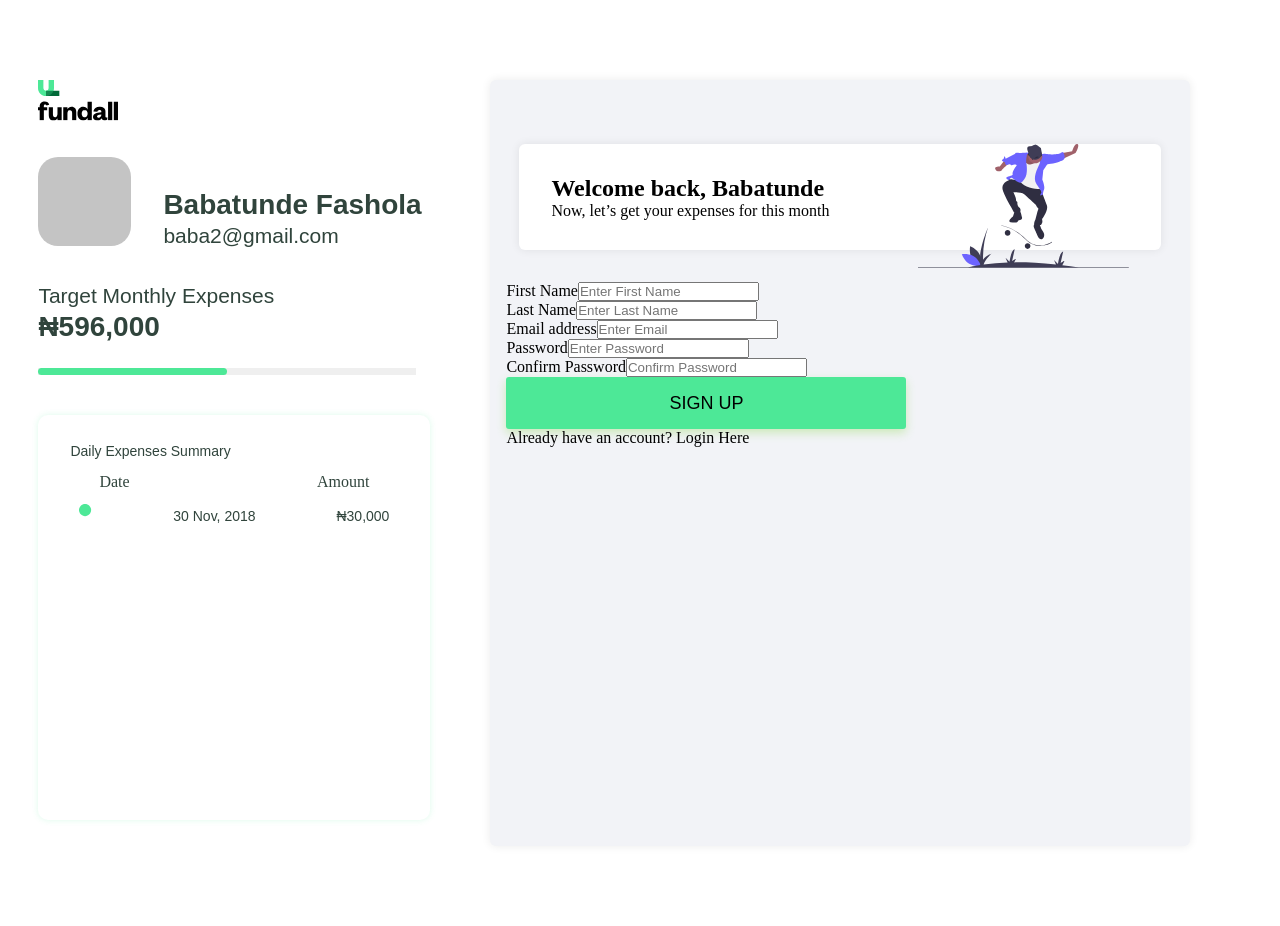
Repository: nilesjamex/niffty
Page: /dashboard
These files come from the project's save history. The page is drawn as it stood at one moment and after the next save; the edit follows.
The browser window is 1280 px wide. The pictures show the whole page.
The project was rebuilt for these pictures with package versions that can differ from the ones it lists, and the page was loaded fresh each time. Also part of the build but not shown: src/components/Nav.vue, src/views/Home.vue, src/views/SignUp.vue, src/views/Login.vue.

Above is the page before, as saved 2022-04-17 09:37:14.

### src/main.js
import { createApp } from 'vue'
import App from './App.vue'
import router from './router'
import '@/styles/global.scss'

createApp(App).use(router).mount('#app')

### src/App.vue
<template>

  <router-view/>
</template>
<script>
// @ is an alias to /src

export default {
  components: {
  }
}
</script>
<style lang="scss">


#nav {
  padding: 30px;

  a {
    font-weight: bold;
    color: #2c3e50;

    &.router-link-exact-active {
      color: #42b983;
    }
  }
}
</style>

### src/router/index.js
import { createRouter, createWebHistory } from 'vue-router'
import Home from '../views/Home.vue';
import SignUp from '../views/SignUp.vue';
import Login from '../views/Login.vue';
import Dashboard from '../views/Dashboard.vue';

const routes = [
  {
    path: '/',
    name: 'Home',
    component: Home
  },
  {
    path: '/signup',
    name: 'signup',
    component: SignUp
  },
  {
    path: '/login',
    name: 'login',
    component: Login
  },
  {
    path: '/dashboard',
    name: 'dashboard',
    component: Dashboard
  }
]

const router = createRouter({
  history: createWebHistory(process.env.BASE_URL),
  routes
})

export default router

### src/styles/global.scss
@import './variables';
@import './mixins.scss';
@import './_typography.scss';
* {
    margin: 0;
    padding: 0;
    box-sizing: border-box;
    max-width: 100vw;
}
@font-face {
    font-family: "CircularStd";
    src: local(CircularStd) url(../fonts/circular-std-medium-500.ttf) format(opentype);
}
input {
    outline: none;
}
button {
    border: none;
    outline: none;
}
a {
    color: inherit;
    text-decoration: none;
}
li {
    list-style: none;
}
.button--signup {
    width: 98.01px;
    height: 42px;
    background: $access-bg;
    border-radius: 10px;
    @include flex(center, center);
    @include access {

    }
}
.button--submit {
    width: 400px;
    height: 52px;
    background: #4DE897;
    box-shadow: 0px 4px 10px rgba(118, 212, 45, 0.3);
    border-radius: 3px;
    @include flex(center, center);
    @include access;
}

### src/views/Dashboard.vue
<template>
   <section class="signup">
      <div class="signup--box">
          <div class="signup--intro">
              <div class="signup--intro--logo">
                  <img src="@/assets/logo.svg" alt="">
              </div>
              <div class="signup--intro--content">
                  <div class="signup--intro--content--profile">
                    <div class="signup--intro--content--profile--image">
                      <img src="@/assets/pfp.svg" alt="">
                    </div>
                    <div class="signup--intro--content--profile--text">
                      <h4>
                        Babatunde Fashola
                      </h4>
                      <p>
                        baba2@gmail.com
                      </p>
                    </div>
                  </div>
                  <div class="signup--intro--content--expense">
                    <p>
                      Target Monthly Expenses
                    </p>
                    <h2>
                      ₦596,000
                    </h2>
                    <div class="percent">
                      <div class="line1"></div>
                      <div class="line2"></div>
                    </div>
                  </div>
                  <div class="signup--intro--content--tab">
                    <p>
                      Daily Expenses Summary
                    </p>
                    <div class="signup--intro--content--tab--summary">
                      <div class="signup--intro--content--tab--summary--heading">
                        <p>Date</p>
                      <p>Amount</p>
                      </div>
                      <div class="signup--intro--content--tab--summary--content">
                        <svg width="13" height="13" viewBox="0 0 13 13" fill="none" xmlns="http://www.w3.org/2000/svg">
<path fill-rule="evenodd" clip-rule="evenodd" d="M6.06372 12.1274C9.41262 12.1274 12.1274 9.41262 12.1274 6.06372C12.1274 2.71482 9.41262 0 6.06372 0C2.71482 0 0 2.71482 0 6.06372C0 9.41262 2.71482 12.1274 6.06372 12.1274Z" fill="#4DE897"/>
</svg>
                        <p>30 Nov, 2018</p>
                      <p>₦30,000</p>
                      </div>
                    </div>
                  </div>
              </div>
          </div>
          <!-- form -->
          <div class="signup--form">
            <div class="signup--form--welcome">
              <div class="signup--form--welcome--text">
                <h2>
                  <span>Welcome back,</span> Babatunde
                </h2>
                <p>
                  Now, let’s get your expenses for this month
                </p>
              </div>
              <div class="signup--form--welcome--image">
                <img src="@/assets/boy.svg" alt="">
              </div>
            </div>
              <form action="">
                  <div class="signup--form--container">
                      <div class="signup--form--name--box">
                          <div class="signup--form--name">
                              <label>First Name</label>
                              <input type="text" name="" placeholder="Enter First Name" id="">
                          </div>
                          <div class="signup--form--name">
                              <label>Last Name</label>
                              <input type="text" name="" placeholder="Enter Last Name" id="">
                          </div>
                      </div>
                      <div class="signup--form--input">
                          <label>Email address</label>
                          <input type="email" name="" placeholder="Enter Email" id="">
                      </div>
                      <div class="signup--form--input">
                          <label>Password</label>
                          <input type="password" name="" placeholder="Enter Password" id="">
                      </div>
                      <div class="signup--form--input">
                          <label>Confirm Password</label>
                          <input type="password" name="" placeholder="Confirm Password" id="">
                      </div>
                      <button class="button--submit">
                          SIGN UP
                      </button>
                      <div class="signup--form--login">
                          <p>
                              Already have an account? <span><a href="/login">Login Here</a></span>
                          </p>
                      </div>
                  </div>
              </form>
          </div>
      </div>
  </section>
</template>

<script>
export default {

}
</script>

<style scoped lang="scss">
@import '@/styles/mixins.scss';
@import '@/styles/_variables.scss';
@import '@/styles/_typography.scss';
.signup {
    padding: 5rem 7% 5rem 3%;
    background: #FFFFFF;
}
.signup--box {
    @include flex(space-between,);
}
.signup--intro--content {
    width: 392px;
    margin-top: 2rem;
    text-align: center;
}
.signup--intro--content--profile {
  display: flex;
  gap: 2rem;
}
.signup--intro--content--profile--text {
  align-self: flex-end;
  text-align: left;
  h4 {
    @include name;
  }
  p {
    margin: 0rem 0 0.05rem 0;
    @include email;
  }
}
.signup--intro--content--expense {
  margin-top: 2rem;
  text-align: left;
  p {
    @include email;
  }
  h2 {
    @include name;
  }
}
.percent {
  width: 378px;
  position: relative;
  height: 7px;
  border-radius: 10px;
  margin: 1.5rem 0 2.5rem 0;
  .line1 {
    width: 100%;
    height: 7px;
    background: #EFEFEF;
    position: absolute;
  }
  .line2 {
    position: absolute;
    z-index: 2;
    height: 7px;
    width: 50%;
    background: #4DE897;
    border-radius: 10px;
  }
}
.signup--intro--content--tab {
  background: #FFFFFF;
  box-shadow: 0px 0px 6px rgba(77, 232, 151, 0.19);
  border-radius: 10px;
  width: 392px;
  height: 405px;
  padding: 1rem 2rem;
  p {
    text-align: left;
    margin-top: 0.7rem;
    @include expense {

    }
  }
}
.signup--intro--content--tab--summary {
  width: 310px;
  margin: 0 auto;
}
.signup--intro--content--tab--summary--heading {
  margin-top: 1.5rem;
  width: 270px;
  margin: 0 auto;
  @include flex(space-between,);
  p {
    @include login {
      color: #30443C;
    }
  }
}
.signup--intro--content--tab--summary--content {
  @include flex(space-between, center);
  height: 35px;
  svg {
    margin: auto 0;
  }
}
/* form */
.signup--form {
  background: #F2F3F7;
  box-shadow: 0px 0px 10px rgba(0, 0, 0, 0.082937);
  border-radius: 6px;
  width: 700px;
  height: 766px;
  padding: 2rem 1rem;
}
.signup--form--welcome {
  width: 642px;
  height: 106px;
  background: #FFFFFF;
  box-shadow: 0px 0px 10px rgba(0, 0, 0, 0.082937);
  border-radius: 6px;
  margin: 2rem auto;
  padding: 0 2rem;
  display: flex;
  justify-content: space-between;
  position: relative;
}
.signup--form--welcome--text {
  align-self: center;
}
</style>

### src/styles/_variables.scss
// colors
$access-bg: #4CE895;

### src/styles/mixins.scss
@mixin flex($justify: flex-start, $align: flex-start) {
    display: flex;
    justify-content: $justify;
    align-items: $align;
}

### src/styles/_typography.scss
@mixin access {
    font-family: 'CircularStd', sans-serif;
    font-size: 1.125rem;
    line-height: 23px;
    color: #000000;
    @content;
}
@mixin heading1 {
    font-family: 'CircularStd', sans-serif;
    font-size: 2.5rem;
    line-height: 51px;
    color: #000000;
    @content;
}
@mixin heading2 {
    font-family: 'CircularStd', sans-serif;
    font-size: 1.5rem;
    line-height: 30px;
    color: #000000;
    @content;
}
@mixin caption {
    font-family: 'CircularStd', sans-serif;
    font-size: 1.3rem;
    line-height: 27px;
    color: #000000;
    @content;
}
@mixin input {
    font-family: 'CircularStd', sans-serif;
    font-style: normal;
    font-size: 18px;
    line-height: 23px;
    color: #30443C;
    @content;
}
@mixin placeholder {
    font-family: 'Nunito Sans';
    font-style: normal;
    font-weight: 400;
    font-size: 18px;
    line-height: 25px;
    color: #30443C;
    mix-blend-mode: normal;
    opacity: 0.5;
    @content;
}
@mixin login {
    font-family: 'Nunito Sans';
    font-style: normal;
    font-weight: 400;
    font-size: 16px;
    line-height: 22px;
    color: #1B2420;
    @content;
}
@mixin holla {
    font-family: 'CircularStd', sans-serif;
    font-style: normal;
    font-size: 34px;
    line-height: 43px;
    color: #1B2420;
    @content;
}
@mixin holla-sign {
    font-family: 'CircularStd', sans-serif;
    font-style: normal;
    font-size: 20px;
    line-height: 25px;
    color: #30443C;
    @content;
}
@mixin name {
    font-family: 'CircularStd', sans-serif;
    font-style: normal;
    font-size: 28px;
    line-height: 35px;
    color: #30443C;
    @content;
}
@mixin email {
    font-family: 'CircularStd', sans-serif;
    font-style: normal;
    font-size: 21px;
    line-height: 27px;
    color: #30443C;
    @content;
}
@mixin expense {
    font-family: 'CircularStd', sans-serif;
    font-style: normal;
    font-size: 14px;
    line-height: 18px;
    color: #30443C;
    @content;
}

Loaded but not shown: public/index.html (common file)

After the next save:
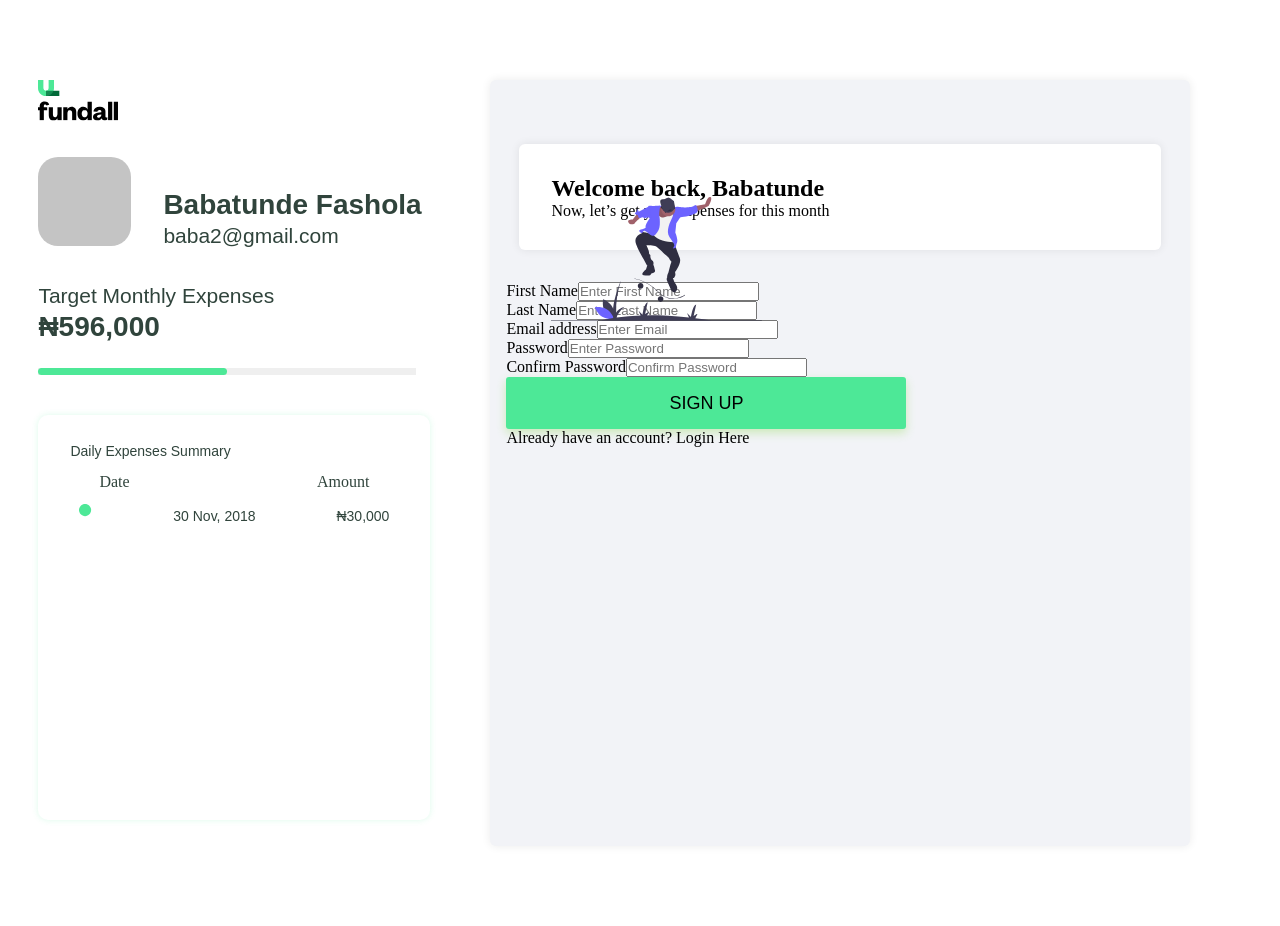
Saved 23 s later.
--- a/src/views/Dashboard.vue
+++ b/src/views/Dashboard.vue
@@ -234,4 +234,8 @@ export default {
 .signup--form--welcome--text {
   align-self: center;
 }
+.signup--form--welcome--image {
+  position: absolute;
+  top: 50%;
+}
 </style>
